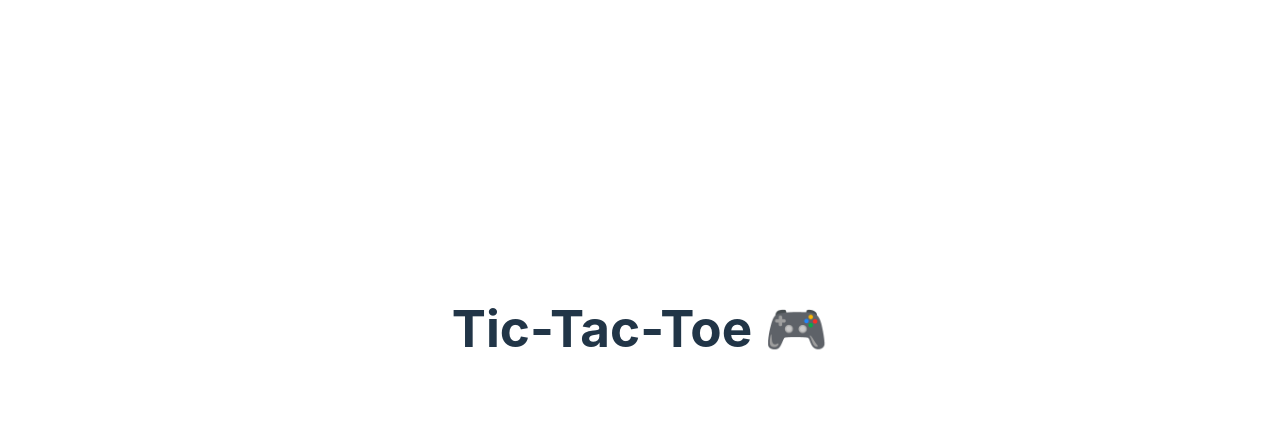
Repository: atzin-escandia/react-tic-tac-toe
Page: /
These files come from the project's save history. The page is drawn as it stood at one moment and after the next save; the edit follows.
The browser window is 1280 px wide. The pictures show the whole page.
The project was rebuilt for these pictures with package versions that can differ from the ones it lists, and the page was loaded fresh each time. Also part of the build but not shown: vite.config.js.

Above is the page before, as saved 2023-10-05 18:40:22.

### index.html
<!DOCTYPE html>
<html lang="en">
  <head>
    <meta charset="UTF-8" />
    <link rel="icon" type="image/svg+xml" href="/vite.svg" />
    <meta name="viewport" content="width=device-width, initial-scale=1.0" />
    <title>Tic-Tac-Toe React 🎮</title>
  </head>
  <body>
    <div id="root"></div>
    <script type="module" src="/src/main.jsx"></script>
  </body>
</html>

### src/App.jsx
import "./App.css";

function App() {
  const turns = {
    x: "❌",
    o: "🤍",
  };

  const board = Array(9).fill(null);
  return (
    <>
      <h1>Tic-Tac-Toe 🎮</h1>
      <div className="card"></div>
    </>
  );
}

export default App;

### src/index.css
:root {
  font-family: Inter, system-ui, Avenir, Helvetica, Arial, sans-serif;
  line-height: 1.5;
  font-weight: 400;

  color-scheme: light dark;
  color: rgba(255, 255, 255, 0.87);

  font-synthesis: none;
  text-rendering: optimizeLegibility;
  -webkit-font-smoothing: antialiased;
  -moz-osx-font-smoothing: grayscale;
  -webkit-text-size-adjust: 100%;
}

a {
  font-weight: 500;
  color: #646cff;
  text-decoration: inherit;
}
a:hover {
  color: #535bf2;
}

body {
  margin: 0;
  display: flex;
  place-items: center;
  min-width: 320px;
  min-height: 100vh;
}

h1 {
  font-size: 3.2em;
  line-height: 1.1;
}

button {
  border-radius: 8px;
  border: 1px solid transparent;
  padding: 0.6em 1.2em;
  font-size: 1em;
  font-weight: 500;
  font-family: inherit;
  background-color: #1a1a1a;
  cursor: pointer;
  transition: border-color 0.25s;
}
button:hover {
  border-color: #646cff;
}
button:focus,
button:focus-visible {
  outline: 4px auto -webkit-focus-ring-color;
}

@media (prefers-color-scheme: light) {
  :root {
    color: #213547;
    background-color: #ffffff;
  }
  a:hover {
    color: #747bff;
  }
  button {
    background-color: #f9f9f9;
  }
}

#root {
  max-width: 1280px;
  margin: 0 auto;
  padding: 2rem;
  text-align: center;
}

.logo {
  height: 6em;
  padding: 1.5em;
  will-change: filter;
}
.logo:hover {
  filter: drop-shadow(0 0 2em #646cffaa);
}
.logo.react:hover {
  filter: drop-shadow(0 0 2em #61dafbaa);
}

@keyframes logo-spin {
  from {
    transform: rotate(0deg);
  }
  to {
    transform: rotate(360deg);
  }
}

@media (prefers-reduced-motion: no-preference) {
  a:nth-of-type(2) .logo {
    animation: logo-spin infinite 20s linear;
  }
}

.card {
  padding: 2em;
}

.read-the-docs {
  color: #888;
}

Loaded but not shown: src/main.jsx (common file); src/App.css (common file)

After the next save:
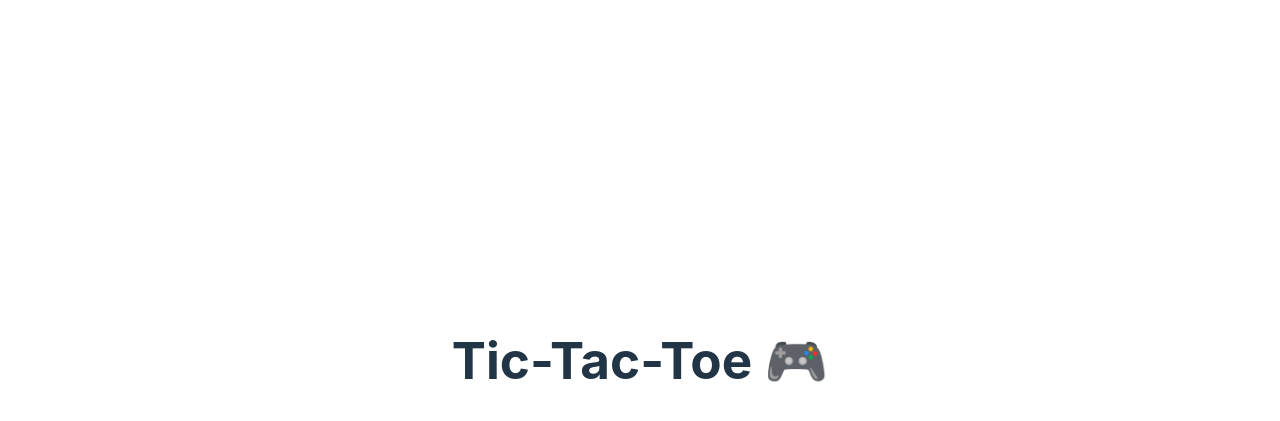
Saved 34 s later.
--- a/src/App.jsx
+++ b/src/App.jsx
@@ -7,11 +7,12 @@
   };
 
   const board = Array(9).fill(null);
+
   return (
-    <>
+    <main className="board">
       <h1>Tic-Tac-Toe 🎮</h1>
-      <div className="card"></div>
-    </>
+      <section className="game"></section>
+    </main>
   );
 }
 
